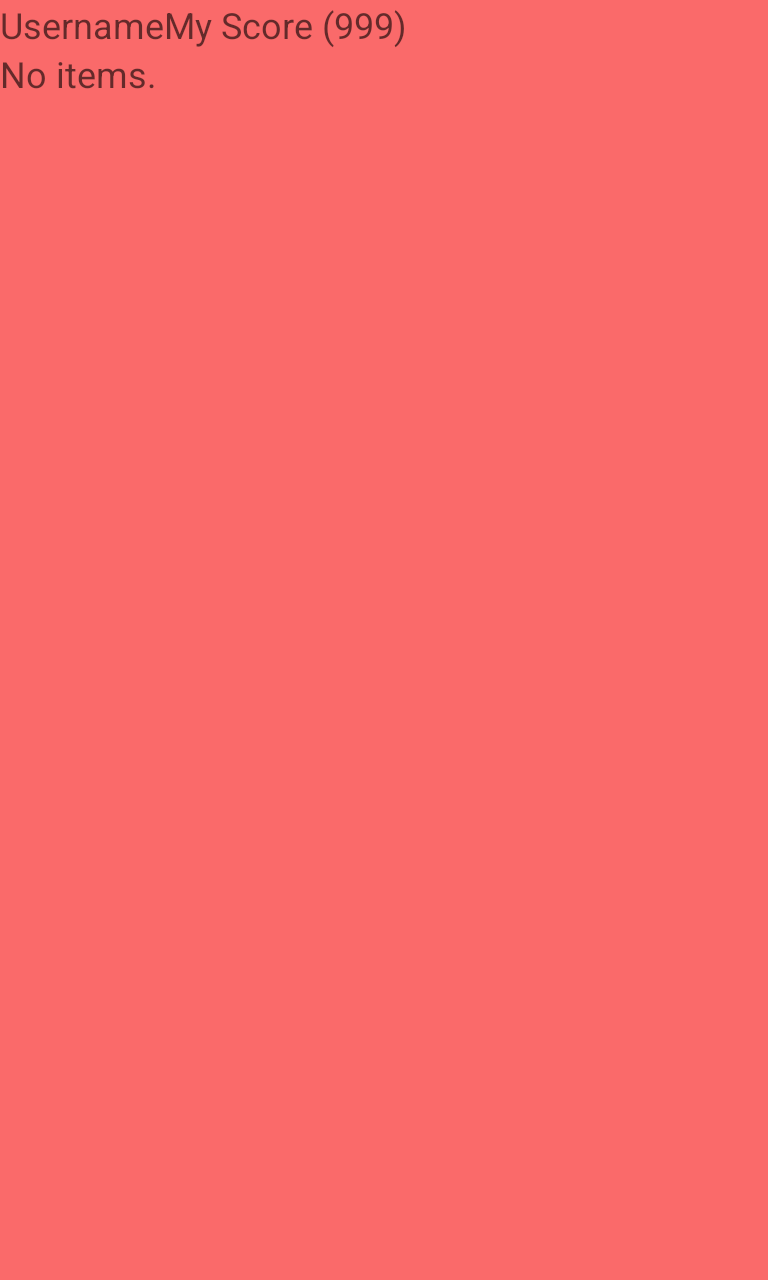
Repository: quantumlicht/android-capstone
Layout: capstone_client/res/layout/fragment_completed_quiz.xml
An editor plug-in stored every save of this project. The layout is shown before and after the next save, followed by the edit.
It is drawn on a 768 x 1280 px phone screen (xhdpi) without system bars, with theme AppTheme; the app's code is not run. Lists and similar views that code fills are empty. The app's manifest (not shown) leaves right-to-left support off. So textAlignment, textDirection and layoutDirection are ignored, and left and right values win over start and end ones.

Above is the layout before, as saved 2014-11-15 02:32:05.

After the next save:
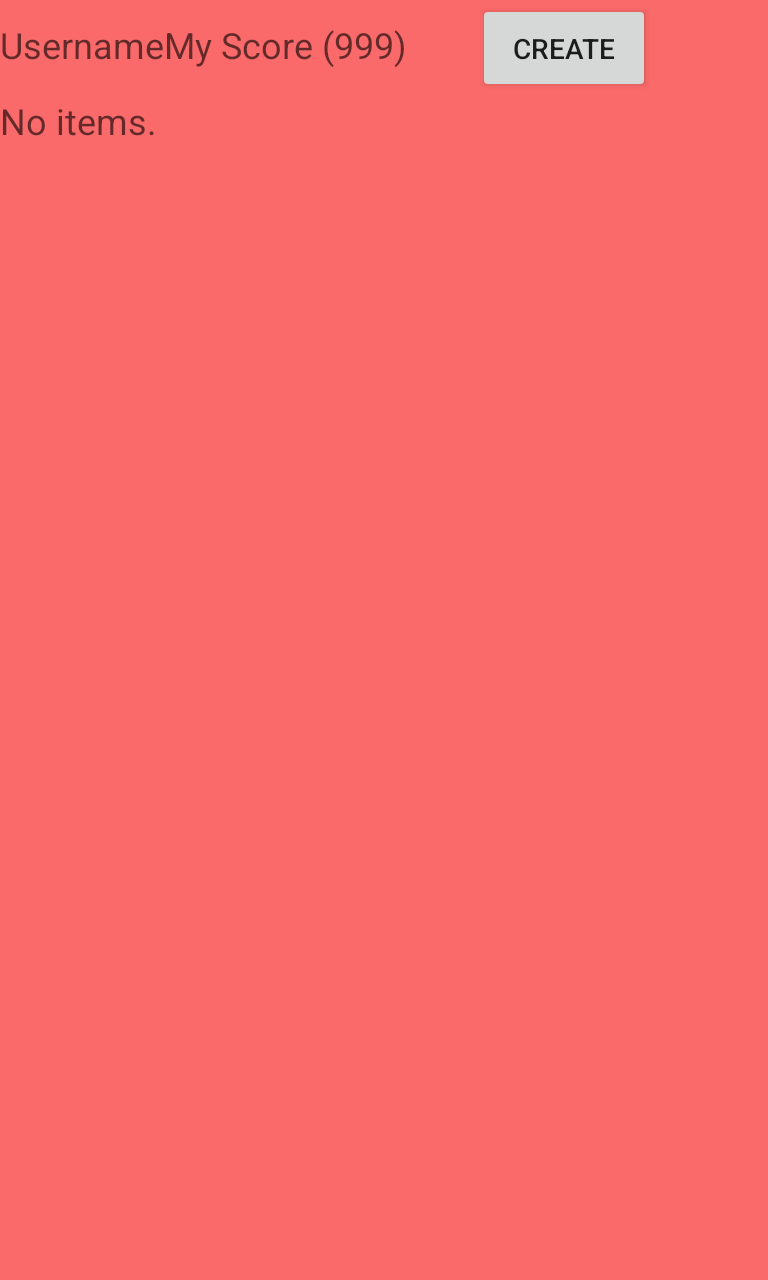
Saved 12 min 41 s later.
--- a/capstone_client/res/layout/fragment_completed_quiz.xml
+++ b/capstone_client/res/layout/fragment_completed_quiz.xml
@@ -25,12 +25,17 @@
             android:textAlignment="gravity"
             android:textAppearance="?android:attr/textAppearanceMedium" />
 
+         <Button
+             android:id="@+id/createButton"
+             android:layout_width="wrap_content"
+             android:layout_height="wrap_content"
+             android:text="Create" />
+
     </LinearLayout>
 
     <FrameLayout
         android:layout_width="match_parent"
-        android:layout_height="0dip"
-        android:layout_weight="1" >
+        android:layout_height="299dp" >
 
         <!--
              Here is the list. Since we are using a ListActivity, we
@@ -39,12 +44,14 @@
         -->
 
         <ListView
-            android:id="@+id/list"
+            android:id="@+id/android:list"
             android:layout_width="match_parent"
             android:layout_height="match_parent"
             android:drawSelectorOnTop="false" />
 
         <!-- Here is the view to show if the list is emtpy -->
+
+
 
         <TextView
             android:id="@android:id/empty"
@@ -52,6 +59,7 @@
             android:layout_height="match_parent"
             android:text="No items."
             android:textAppearance="?android:attr/textAppearanceMedium" />
+
     </FrameLayout>
 
 </LinearLayout>
